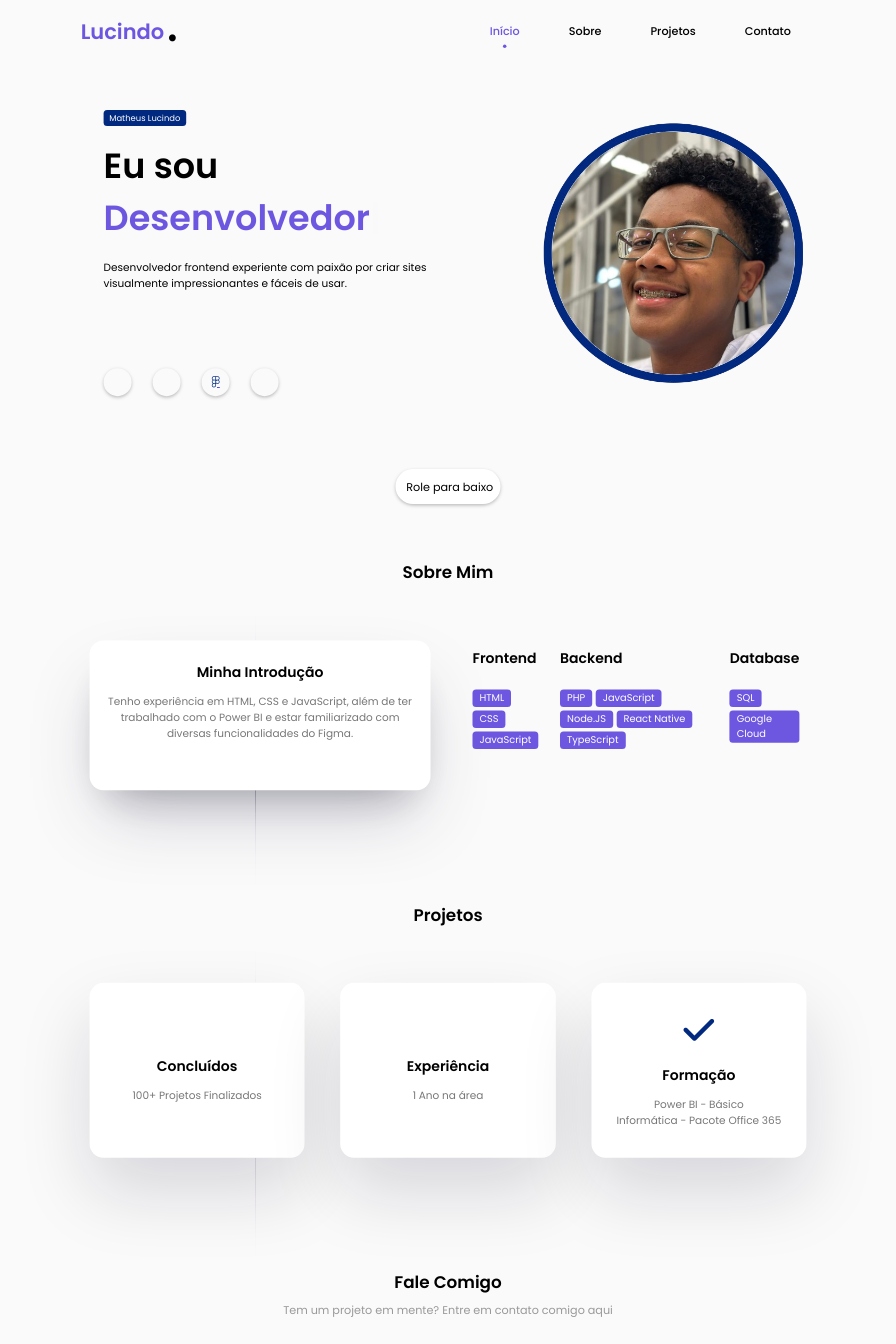
Repository: Matheus904-12/Potif-lioPremium
Page: index.html
An editor plug-in stored every save of this project. The page is shown before and after the next save, followed by the edit.
The browser window is 1280 px wide. The pictures show the part of the page from y = 0 to 1920 px (the page is 2744 px tall), at 70% of full size.
Some icons come from a web library that is not loaded, so they are not drawn. Some web libraries are served in a nearby version.

Above is the page before, as saved 2024-05-01 19:26:32.

### index.html
<!DOCTYPE html>
<html lang="pt-br">

<head>
    <meta charset="UTF-8">
    <meta name="viewport" content="width=device-width, initial-scale=1.0">

    <!-- UNICONS -->
    <link rel="stylesheet" href="https://unicons.iconscout.com/release/v4.0.8/css/line.css">
    <!-- CSS -->
    <link rel="stylesheet" href="style.css">
    <!-- Add favicon -->
    <link rel="shortcut icon" href="assets/images/favicon.png" type="image/x-icon">

    <script src="https://kit.fontawesome.com/fd29053194.js" crossorigin="anonymous"></script>

    <title>Portfolio | Codingdev</title>
</head>

<body>
    <div class="container">
        <!-- --------------- CABEÇALHO --------------- -->
        <nav id="header">
            <div class="nav-logo">
                <p class="nav-name">Lucindo</p>
                <span>.</span>
            </div>
            <div class="nav-menu" id="myNavMenu">
                <ul class="nav_menu_list">
                    <li class="nav_list">
                        <a href="#home" class="nav-link active-link">Início</a>
                        <div class="circle"></div>
                    </li>
                    <li class="nav_list">
                        <a href="#about" class="nav-link">Sobre</a>
                        <div class="circle"></div>
                    </li>
                    <li class="nav_list">
                        <a href="#projects" class="nav-link">Projetos</a>
                        <div class="circle"></div>
                    </li>
                    <li class="nav_list">
                        <a href="#contact" class="nav-link">Contato</a>
                        <div class="circle"></div>
                    </li>
                </ul>
            </div>
            <div class="nav-menu-btn">
                <i class="uil uil-bars" onclick="myMenuFunction()"></i>
            </div>
        </nav>


        <!-- -------------- PRINCIPAL ---------------- -->
        <main class="wrapper">
            <!-- -------------- DESTAQUE ---------------- -->
            <section class="featured-box" id="home">
                <div class="featured-text">
                    <div class="featured-text-card">
                        <span>Matheus Lucindo</span>
                    </div>
                    <div class="featured-name">
                        <p>Eu sou <span class="typedText"></span></p>
                    </div>
                    <div class="featured-text-info">
                        <p>Desenvolvedor frontend experiente com paixão por criar sites visualmente
                            impressionantes e fáceis de usar.
                        </p>
                    </div>
                    <div class="social_icons">
                        <a href="https://www.instagram.com/matheus_lucindo/" target="_blank" class="icon"><i class="uil uil-instagram"></i></a>
                        <a href="https://www.linkedin.com/in/matheus-lucindo-b35b68190/" target="_blank" class="icon"><i class="uil uil-linkedin-alt"></i></a>
                        <a href="https://www.figma.com/@myprojets" target="_blank" class="icon"><i class="fa-brands fa-figma" style="color: #00297f;"></i></a>
                        <a href="https://github.com/Matheus904-12" target="_blank" class="icon"><i class="uil uil-github-alt"></i></a>
                    </div>
                </div>
                <div class="featured-image">
                    <div class="image">
                        <img src="eu.png" alt="avatar">
                    </div>
                </div>
                <div class="scroll-icon-box">
                    <a href="#about" class="scroll-btn">
                        <i class="uil uil-mouse-alt"></i>
                        <p>Role para baixo</p>
                    </a>
                </div>

            </section>
            <!-- -------------- SOBRE ---------------- -->
            <section class="section" id="about">
                <div class="top-header">
                    <h1>Sobre Mim</h1>
                </div>
                <div class="row">
                    <div class="col">
                        <div class="about-info">
                            <h3>Minha Introdução</h3>
                            <p><p>Tenho experiência em HTML, CSS e JavaScript, além de ter trabalhado com o Power BI e estar familiarizado com diversas funcionalidades do Figma.</p>
                            </p>

                        </div>
                    </div>
                    <div class="col">
                        <div class="skills-box">
                            <div class="skills-header">
                                <h3>Frontend</h3>
                            </div>
                            <div class="skills-list">
                                <span>HTML</span>
                                <span>CSS</span>
                                <span>JavaScript</span>
                            </div>
                        </div>
                        <div class="skills-box">
                            <div class="skills-header">
                                <h3>Backend</h3>
                            </div>
                            <div class="skills-list">
                                <span>PHP</span>
                                <span>JavaScript</span>
                                <span>Node.JS</span>
                                <span>React Native</span>
                                <span>TypeScript</span>
                            </div>
                        </div>
                        <div class="skills-box">
                            <div class="skills-header">
                                <h3>Database</h3>
                            </div>
                            <div class="skills-list">
                                <span>SQL</span>
                                <span>Google Cloud</span>
                            </div>
                        </div>
                    </div>
                </div>
            </section>

            <!-- -------------- PROJETOS ---------------- -->

            <section class="section" id="projects">
                <div class="top-header">
                    <h1>Projetos</h1>
                </div>
                <div class="project-container">
                    <div class="project-box">
                        <i class="uil uil-briefcase-alt"></i>
                        <h3>Concluídos</h3>
                        <label>100+ Projetos Finalizados</label>
                    </div>
                    <div class="project-box">
                        <i class="uil uil-award"></i>
                        <h3>Experiência</h3>
                        <label>1 Ano na área</label>
                    </div>
                    <div class="project-box">
                        <i class="fa-solid fa-check"></i>
                        <h3>Formação</h3>
                        <label>Power BI - Básico</label>
                        <label>Informática - Pacote Office 365</label>
                    </div>
                </div>
            </section>

            <!-- -------------- CONTATO ---------------- -->

            <section class="section" id="contact">
                <div class="top-header">
                    <h1>Fale Comigo</h1>
                    <span>Tem um projeto em mente? Entre em contato comigo aqui</span>
                </div>
                <div class="row">
                    <div class="col">
                        <div class="contact-info">
                            <h2>Me Encontre <i class="uil uil-corner-right-down"></i></h2>
                            <p><i class="uil uil-envelope"></i> Email: matheuslucindo904@gmail.com</p>
                            <p><i class="uil uil-phone"></i> +55 11 97166-6817</p>
                        </div>
                    </div>
                    <div class="col">
                        <div class="form-control">
                            <div class="form-inputs">
                                <input type="text" class="input-field" placeholder="Nome">
                                <input type="text" class="input-field" placeholder="Email">
                            </div>
                            <div class="text-area">
                                <textarea placeholder="Mensagem"></textarea>
                            </div>
                            <div class="form-button">
                                <button class="btn">Enviar <i class="uil uil-message"></i></button>
                            </div>
                        </div>
                    </div>
                </div>
            </section>

        </main>


        <!-- --------------- RODAPÉ --------------- -->
        <footer>
            <div class="top-footer">
                <p>Matheus Lucindo .</p>
            </div>
            <div class="middle-footer">
                <ul class="footer-menu">
                    <li class="footer_menu_list">
                        <a href="#home">Início</a>
                    </li>
                    <li class="footer_menu_list">
                        <a href="#about">Sobre</a>
                    </li>
                    <li class="footer_menu_list">
                        <a href="#projects">Projetos</a>
                    </li>
                    <li class="footer_menu_list">
                        <a href="#contact">Contato</a>
                    </li>
                </ul>
            </div>
            <div class="footer-social-icons">
                <div class="icon"><a href="https://www.instagram.com/matheus_lucindo/" target="_blank"><i class="uil uil-instagram"></i></a></div>
                <div class="icon"><a href="https://www.linkedin.com/in/matheus-lucindo-b35b68190/" target="_blank"><i class="uil uil-linkedin-alt"></i></a></div>
                <a href="https://www.figma.com/@myprojets" target="_blank" class="icon"><i class="fa-brands fa-figma" style="color: #00297f;"></i></a>
                <div class="icon"><a href="https://github.com/Matheus904-12" target="_blank"><i class="uil uil-github-alt"></i></a></div>
            </div>
            <div class="bottom-footer">
                <p>Direitos Autorais &copy; <a href="#home" style="text-decoration: none;">Matheus Lucindo</a> - Todos os direitos
                    reservados
                </p>
            </div>
        </footer>

    </div>

    <!-- ----- TYPING JS Link ----- -->
    <script src="https://unpkg.com/typed.js@2.0.16/dist/typed.umd.js"></script>

    <!-- ----- SCROLL REVEAL JS Link----- -->
    <script src="https://unpkg.com/scrollreveal"></script>

    <!-- ----- MAIN JS ----- -->
    <script src="script.js"></script>
</body>

</html>

Loaded but not shown: script.js (117 lines, source omitted); style.css (636 lines, source omitted)

After the next save:
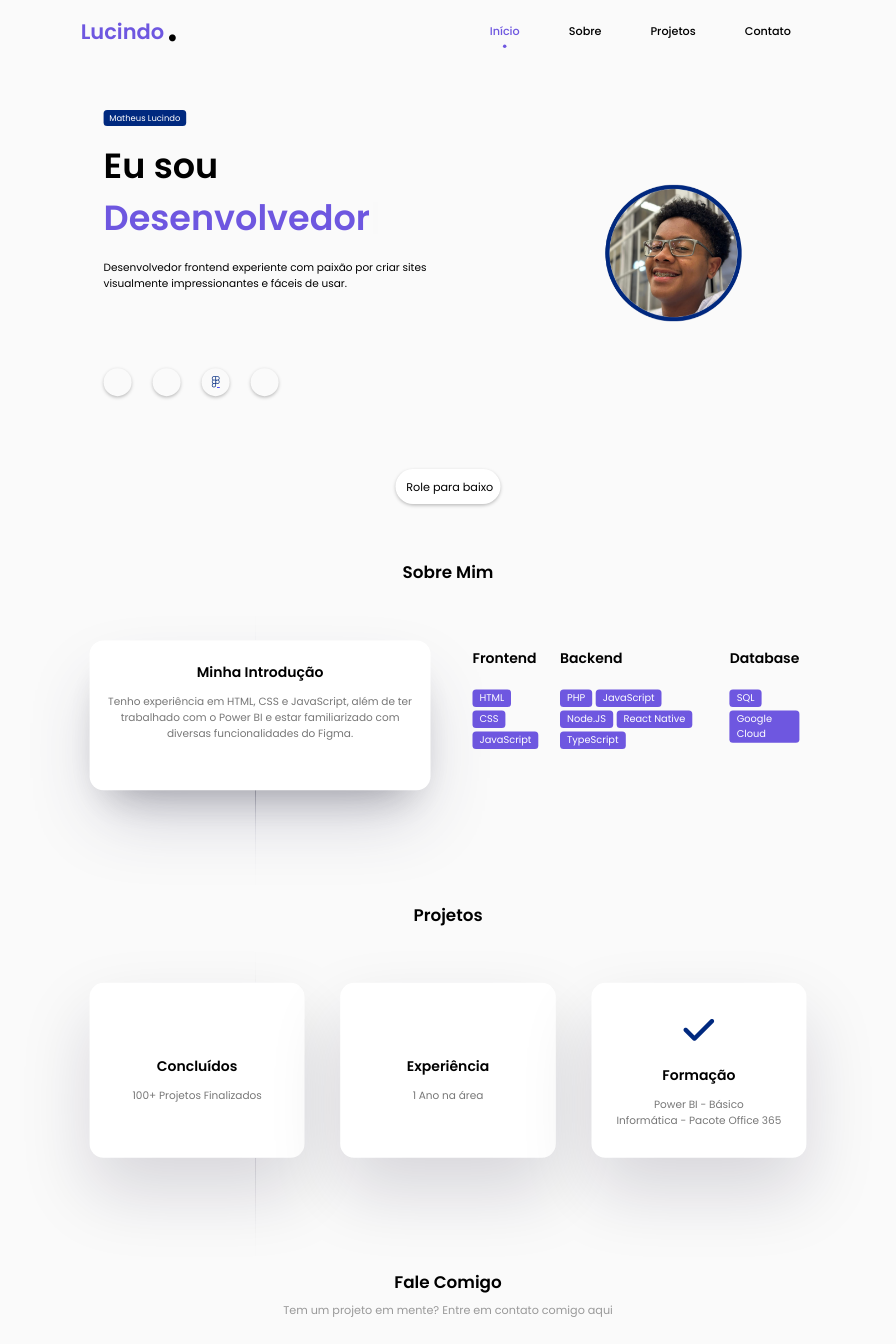
Saved 5 min 34 s later.
--- a/index.html
+++ b/index.html
@@ -76,7 +76,7 @@
                 </div>
                 <div class="featured-image">
                     <div class="image">
-                        <img src="eu.png" alt="avatar">
+                        <img src="eu2.png" alt="avatar">
                     </div>
                 </div>
                 <div class="scroll-icon-box">

After the save that followed:
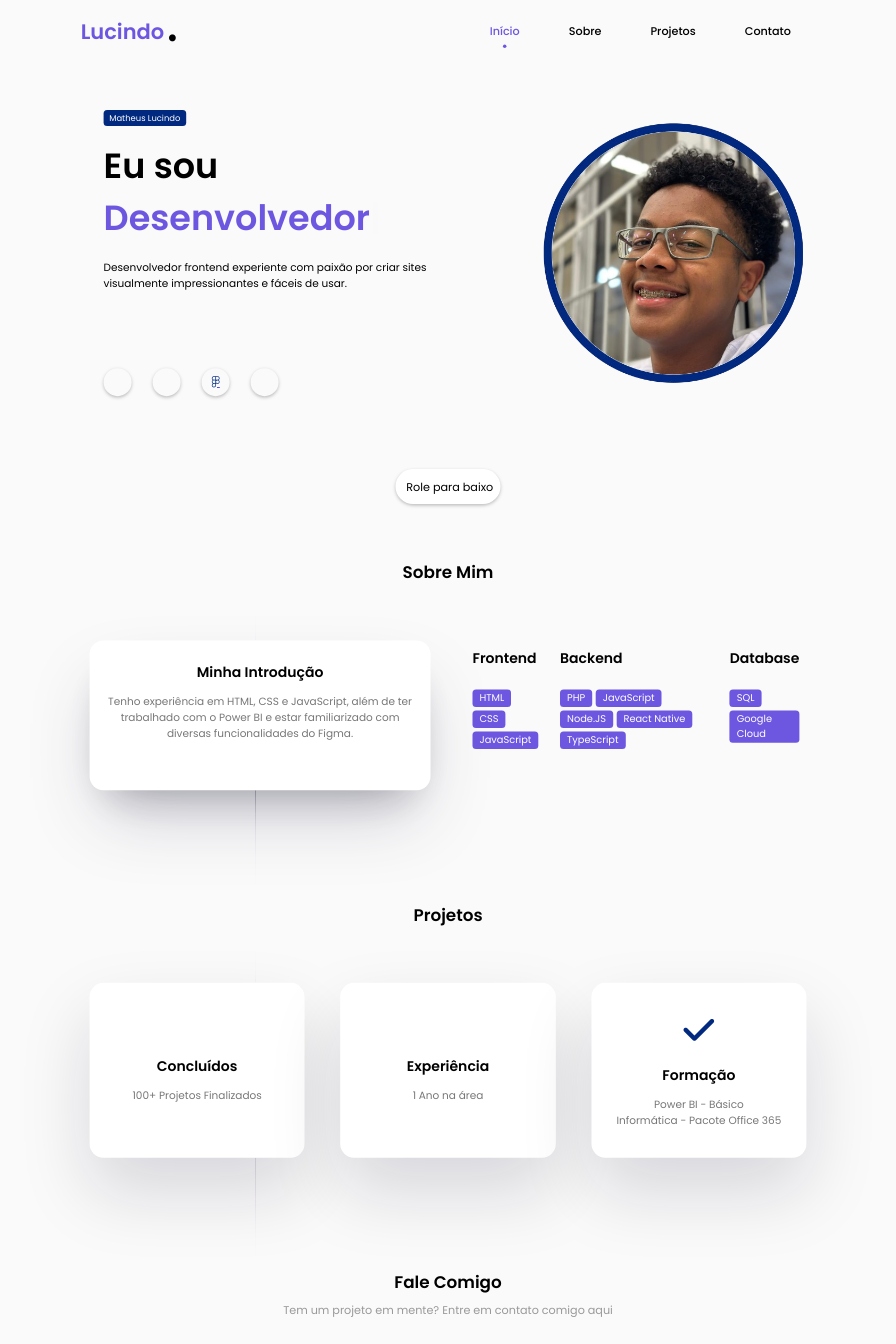
Saved 13 s later.
--- a/index.html
+++ b/index.html
@@ -76,7 +76,7 @@
                 </div>
                 <div class="featured-image">
                     <div class="image">
-                        <img src="eu2.png" alt="avatar">
+                        <img src="eu.png" alt="avatar">
                     </div>
                 </div>
                 <div class="scroll-icon-box">
